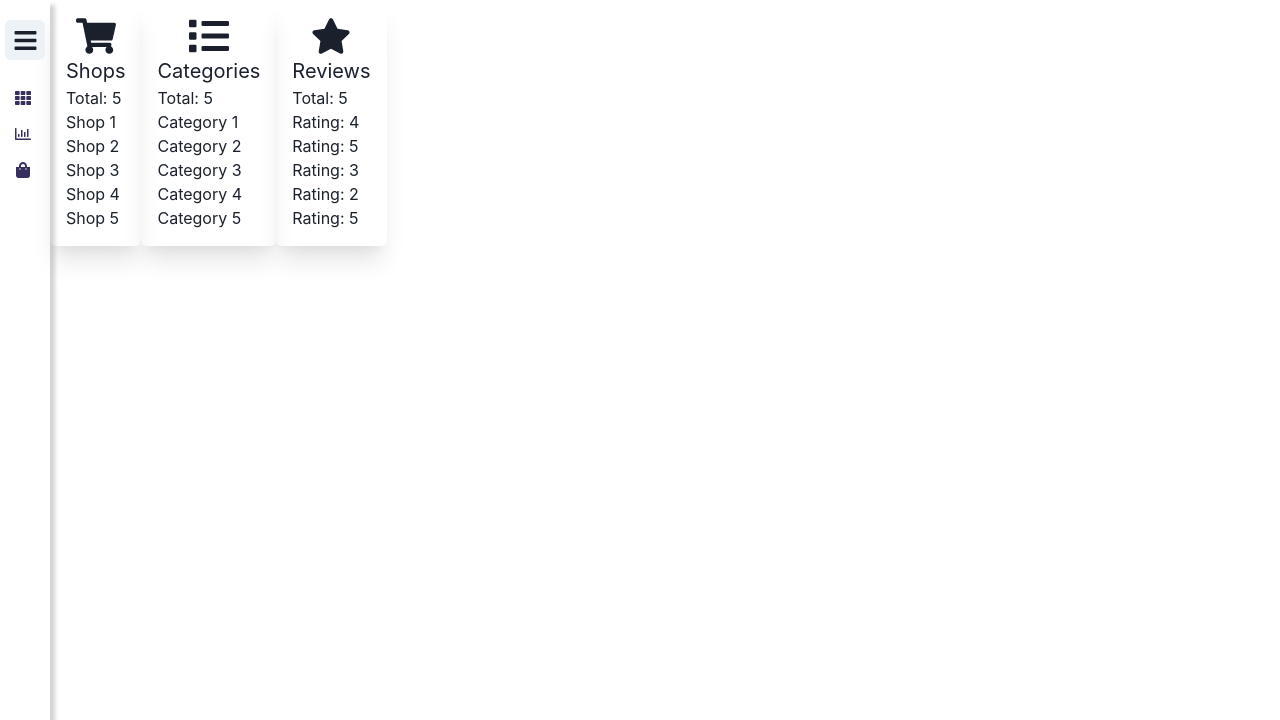
Repository: Andarg01/chakra-dashboard
Page: /analytics
The author's editor kept a copy of each file at every save. The page is drawn from the files as they stood at one save, then again after the next save.
The browser window is 1280 px wide. The pictures show the whole page.
The project was rebuilt for these pictures with package versions that can differ from the ones it lists, and the page was loaded fresh each time. Also part of the build but not shown: src/components/ProductModal.tsx, src/components/ProductTable.tsx, src/pages/ProductList.tsx, src/components/Statics.tsx, src/components/AnalyticalCard.tsx, src/pages/ReviewPage.tsx, src/components/Dashboard.tsx.

Above is the page before, as saved 2024-03-15 06:23:19.

After the next save:
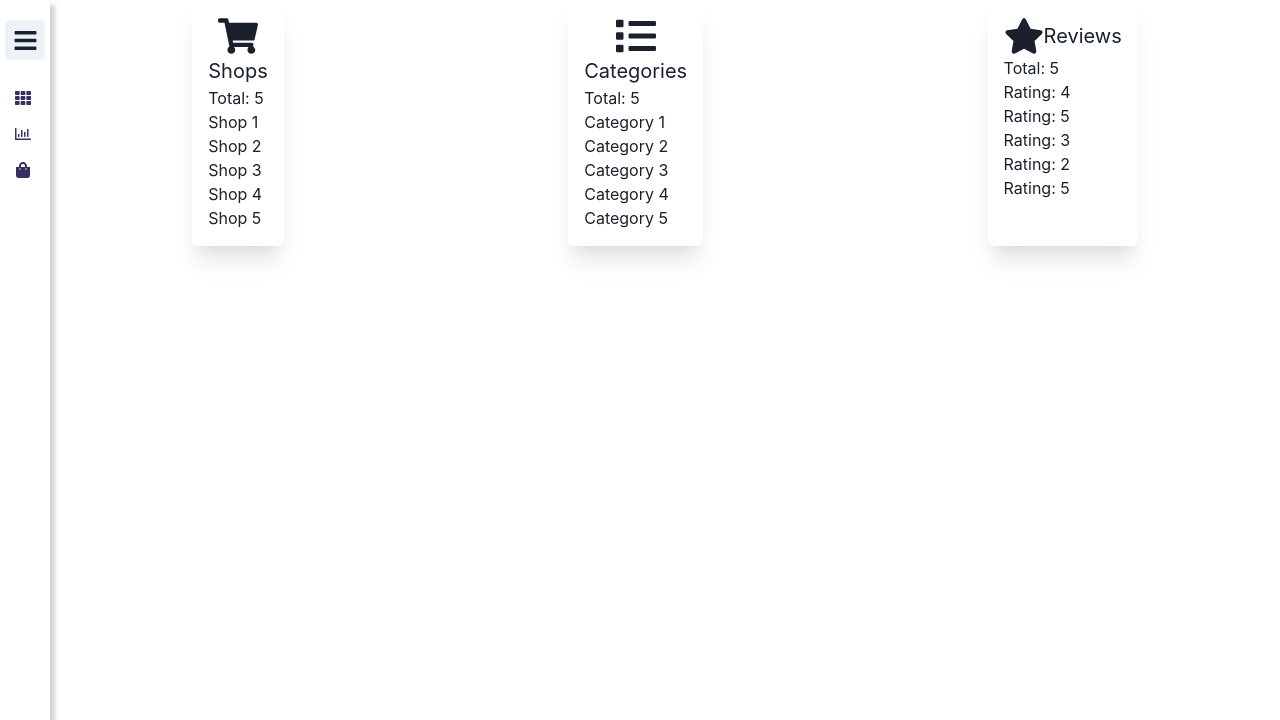
Saved 88 s later.
--- a/src/pages/Analytics.tsx
+++ b/src/pages/Analytics.tsx
@@ -32,7 +32,7 @@ const AnalyticalPage: React.FC = () => {
   ];
 
   return (
-    <Flex justify="between">
+    <Flex justify="space-around">
       {/* Shops */}
       <Box boxShadow="xl" p={4} borderRadius="md">
         <Center>
@@ -61,8 +61,9 @@ const AnalyticalPage: React.FC = () => {
       <Box boxShadow="xl" p={4} borderRadius="md">
         <Center>
           <Icon as={FaStar} boxSize={10} />
+          <Text fontSize="xl">Reviews</Text>
         </Center>
-        <Text fontSize="xl">Reviews</Text>
+
         <Text>Total: {reviews.length}</Text>
         {reviews.map((review) => (
           <Text key={review.id}>Rating: {review.rating}</Text>
